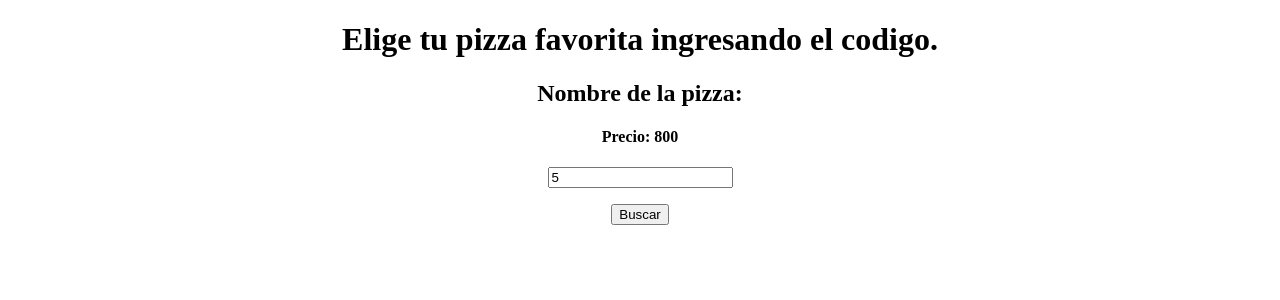
Repository: lucas-itup/E1-JAVASCRIPT
Page: index.html
The author's editor kept a copy of each file at every save. The page is drawn from the files as they stood at one save, then again after the next save.
The browser window is 1280 px wide. The pictures show the whole page.
Empty fields were first filled with sample values (such as "Sample", 5 or name@example.com).
After loading, the first visible `button` was clicked once.

Above is the page before, as saved 2022-09-12 00:42:58.

### index.html
<!DOCTYPE html>
<html lang="en">

<head>
    <meta charset="UTF-8">
    <meta http-equiv="X-UA-Compatible" content="IE=edge">
    <meta name="viewport" content="width=device-width, initial-scale=1.0">

    <title>E1-JAVASCRIPT</title>
</head>

<body>
    <div id="listado-pizzas" style="text-align: center;">
        <div>
            <h1>Elige tu pizza favorita ingresando el codigo.</h1>

            <h2>Nombre de la pizza: <span id="nombre-pizza"> </span></h2>
            <h4>Precio: <span id="precio-pizza"></span></h4>
        </div>
        <div>
            <input type="number" value="" id="value-id">
            <p id="input-vacio"> </p>
            <button onclick="buscarPizza()" type="button">Buscar</button>
        </div>
    </div>
    <script src="/assets/index.js"></script>
</body>

</html>

### assets/index.js
let pizza1 = {
    id: '1',
    nombre: 'Muzarella',
    ingredientes: [
        'tomate', 'muzarella', 'oregano'
    ],
    precio: '600'
}
let pizza2 = {
    id: '2',
    nombre: 'Napolitana',
    ingredientes: [
        'jamon', 'huevo', 'queso'
    ],
    precio: '300'
}
let pizza3 = {
    id: '3',
    nombre: 'Americana',
    ingredientes: [
        'huevoFrito', 'peperoni', 'roquefort'
    ],
    precio: '200'
}
let pizza4 = {
    id: '4',
    nombre: 'Rucula',
    ingredientes: [
        'verduras', 'palmito', 'especias'
    ],
    precio: '500'
}
let pizza5 = {
    id: '5',
    nombre: 'Especial',
    ingredientes: [
        'salsa', 'harina', 'crema'
    ],
    precio: '800'
}
let pizza6 = {
    id: '6',
    nombre: 'DE_LA_CASA',
    ingredientes: [
        'anchoas', 'pimientos', 'hongos'
    ],
    precio: '900'
}

let pizzas = [pizza1, pizza2, pizza3, pizza4, pizza5, pizza6]
let listado = document.getElementById('listado-pizzas');

const buscarPizza = () => {
    let valueid = document.getElementById('value-id').value;
    var precioPizza = document.getElementById('precio-pizza');
    var nombrePizza = document.getElementById('nombre-pizza');
    var inputVacio = document.getElementById('input-vacio')
    inputVacio.textContent = "";
    precioPizza.textContent = "";

    if (valueid == "") return inputVacio.textContent = "Debes ingresar un valor numerico."

    var found = pizzas.find(function(post, index) {
        inputVacio.textContent = ""
        if (post.id == valueid) {
            precioPizza.textContent = post.precio;
            nombrePizza = post.precio;
            return true;
        }

    });

    if (found == undefined) return inputVacio.textContent = "El codigo ingresado es incorrecto."
}

After the next save:
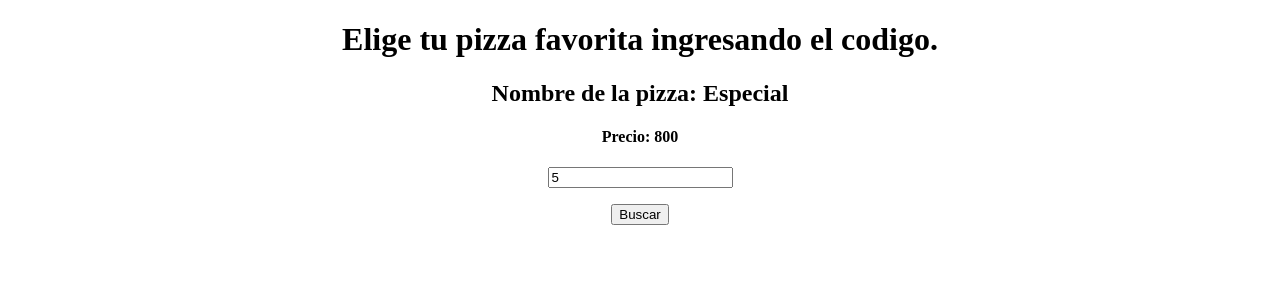
Saved 10 s later.
--- a/assets/index.js
+++ b/assets/index.js
@@ -64,7 +64,7 @@ const buscarPizza = () => {
         inputVacio.textContent = ""
         if (post.id == valueid) {
             precioPizza.textContent = post.precio;
-            nombrePizza = post.precio;
+            nombrePizza.textContent = post.nombre;
             return true;
         }
 
